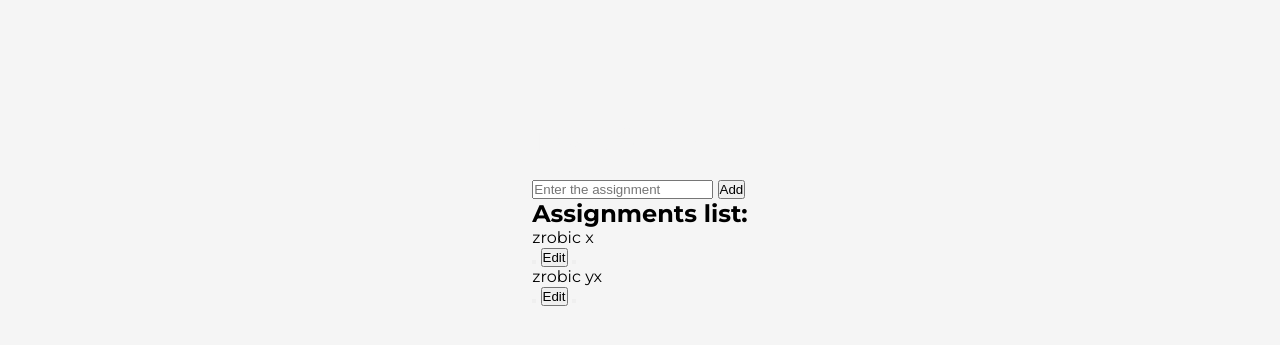
Repository: kimi1723/To-do-app
Page: index.html
The author's editor kept a copy of each file at every save. The page is drawn from the files as they stood at one save, then again after the next save.
The browser window is 1280 px wide. The pictures show the whole page.
Some web libraries are served in a nearby version.

Above is the page before, as saved 2023-03-31 10:49:22.
Console error: TypeError: Cannot read properties of null (reading 'addEventListener')

### index.html
<!DOCTYPE html>
<html lang="pl">

<head>
    <meta charset="UTF-8">
    <meta name="viewport" content="width=device-width, initial-scale=1.0">
    <meta http-equiv="X-UA-Compatible" content="ie=edge">
    <title>To do app</title>
    <script src="https://kit.fontawesome.com/327a0d490c.js" crossorigin="anonymous"></script>
    <link href="https://fonts.googleapis.com/css?family=Montserrat:400,700&display=swap&subset=latin-ext"
        rel="stylesheet">
    <link rel="stylesheet" href="/dist/css/main.min.css">
</head>

<body>
    <main class="to-do">
        <div class="to-do-header">
            <h1 class="to-do-header__heading">To do app</h1>

            <input type="text" class="to-do-header__input" placeholder="Enter the assignment">
            <button class="to-do-header__add-button">Add</button>
        </div>

        <div class="to-do-assignments">
            <h2 class="to-do-assignments__heading">Assignments list:</h2>

            <div class="to-do-assignment">
                <p class="to-do-assignment__text">zrobic x</p>

                <div class="to-do-buttons">
                    <button class="to-do-buttons__button"></button>
                    <button class="to-do-buttons__button to-do-buttons__button--edit">Edit</button>
                    <button class="to-do-buttons__button"></button>
                </div>
            </div>

            <div class="to-do-assignment">
                <p class="to-do-assignment__text">zrobic yx</p>

                <div class="to-do-buttons">
                    <button class="to-do-buttons__button"></button>
                    <button class="to-do-buttons__button to-do-buttons__button--edit">Edit</button>
                    <button class="to-do-buttons__button"></button>
                </div>
            </div>


        </div>
    </main>

    <div class="to-do-edit-assignment"></div>

    <script src="/dist/js/app.min.js"></script>
</body>

</html>

Loaded but not shown: dist/css/main.min.css (library); dist/js/app.min.js (library)

After the next save:
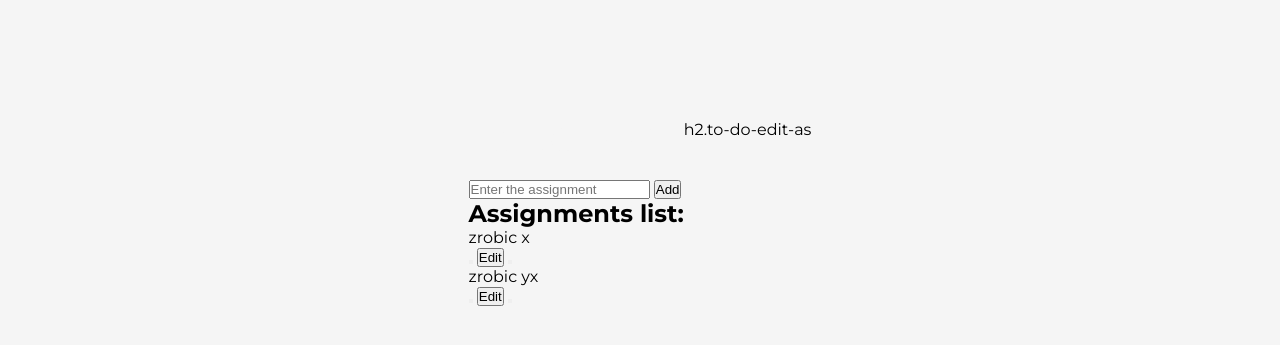
Saved 13 s later.
--- a/index.html
+++ b/index.html
@@ -48,7 +48,9 @@
         </div>
     </main>
 
-    <div class="to-do-edit-assignment"></div>
+    <div class="to-do-edit-assignment">
+        h2.to-do-edit-as
+    </div>
 
     <script src="/dist/js/app.min.js"></script>
 </body>
